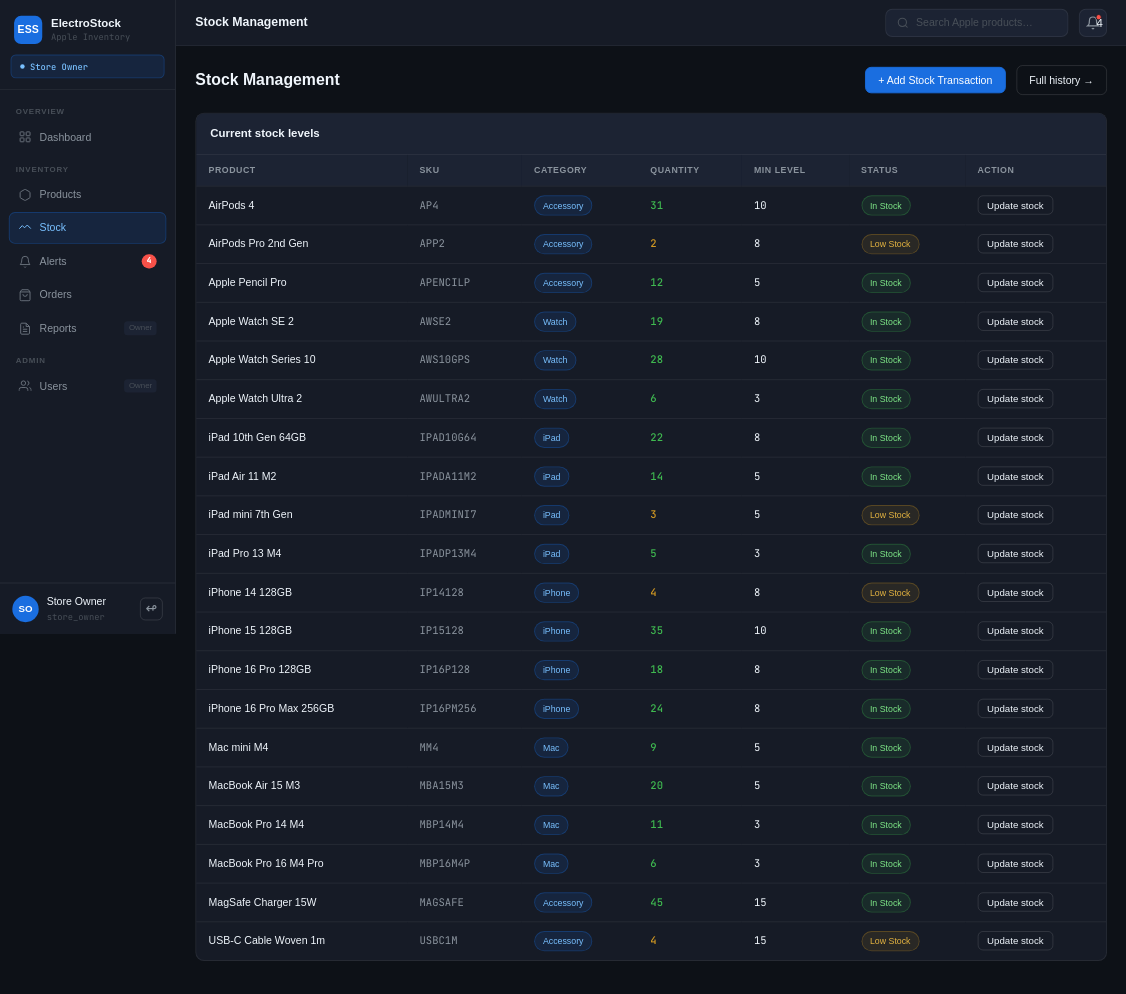
Repository: aayushaabsnss-web/ElectroStock-Solutions
Page: http://localhost/ESS/stock/index.php
These files come from the project's save history. The page is drawn as it stood at one moment and after a run of saves; the edit follows.
The browser window is 1280 px wide. The pictures show the whole page, at 88% of full size.
Some web fonts or font styles are not loaded; a fallback is used. The page is run by PHP 8.4 with error messages shown; the project is at /var/www/html/. The session is filled in as if someone had signed in: {"uid": 1, "name": "Store Owner", "role": "store_owner"}. Other server files are loaded and not shown. The database holds what the project's SQL file puts in it.

Above is the page before, as saved 2026-05-12 19:40:49.

### stock/index.php
<?php
/**
 * stock/index.php — Stock Management (Presentation Layer)
 * Shows all products with their current stock levels.
 * The "Add Stock" form is hidden by default and appears on button click.
 */
$t = "Stock Management"; $a = "stock";
require_once "../includes/header.php";
require_once "../classes/Stock.php";
include  "../includes/flash.php";

$stockObj = new Stock($conn);

// Handle stock transaction POST
if($_SERVER["REQUEST_METHOD"]==="POST"){
    $errors = $stockObj->validate($_POST, isOwner());
    if(!$errors){
        [$ok, $err, $newQty] = $stockObj->addMovement(
            (int)$_POST["product_id"],
            $_POST["type"],
            (int)$_POST["quantity"],
            $_SESSION["uid"],
            trim($_POST["notes"] ?? "")
        );
        if($ok) flash("success","Stock updated. New quantity: $newQty units.");
        else    flash("error", $err);
    } else {
        flash("error", implode(" ", $errors));
    }
    header("Location: index.php"); exit;
}

// Fetch all products with their stock info
$products = mysqli_query($conn,
    "SELECT id, name, sku, category, quantity, min_qty,
            CASE
              WHEN quantity = 0          THEN 'Out of Stock'
              WHEN quantity <= min_qty   THEN 'Low Stock'
              ELSE                            'In Stock'
            END AS stock_status
     FROM products
     WHERE is_active = 1
     ORDER BY name");

// Product list for the form dropdown
$prodList = $stockObj->getProductList();
?>

<div class="page-hdr">
  <h1>Stock Management</h1>
  <button class="btn btn-primary" onclick="toggleForm()">+ Add Stock Transaction</button>
  <a href="search.php" class="btn btn-outline">Full history &rarr;</a>
</div>

<!-- Add Stock Form (hidden by default) -->
<div id="stock-form-wrap" style="display:none;margin-bottom:16px">
  <div class="card">
    <div class="card-hdr">
      <span class="card-title">Record stock transaction</span>
      <button class="btn btn-outline btn-sm" onclick="toggleForm()">&#10005; Close</button>
    </div>
    <div class="card-body">
    <form method="POST">
      <div class="form3">
        <div class="fg">
          <label>Product *</label>
          <select name="product_id" id="product_id" class="fc" required>
            <option value="">Select product...</option>
            <?php
            $tmp = [];
            while($p = mysqli_fetch_assoc($prodList)) $tmp[] = $p;
            foreach($tmp as $p): ?>
            <option value="<?= $p["id"] ?>"><?= h($p["name"]) ?> (<?= $p["quantity"] ?> in stock)</option>
            <?php endforeach; ?>
          </select>
        </div>
        <div class="fg">
          <label>Transaction type *</label>
          <select name="type" class="fc" required>
            <option value="IN">IN — Delivery received</option>
            <option value="OUT">OUT — Item sold / removed</option>
            <?php if(isOwner()): ?>
            <option value="ADJUSTMENT">ADJUSTMENT — Manual correction</option>
            <?php endif; ?>
          </select>
        </div>
        <div class="fg">
          <label>Quantity *</label>
          <input type="number" name="quantity" min="1" class="fc" placeholder="0" required>
        </div>
      </div>
      <div class="fg">
        <label>Notes (optional)</label>
        <input type="text" name="notes" class="fc" placeholder="e.g. Delivery batch #42, Store sale">
      </div>
      <div style="display:flex;gap:10px;justify-content:flex-end">
        <button type="button" class="btn btn-outline" onclick="toggleForm()">Cancel</button>
        <button type="submit" class="btn btn-primary">Log transaction &rarr;</button>
      </div>
    </form>
    </div>
  </div>
</div>

<!-- Product Stock Table -->
<div class="card">
  <div class="card-hdr"><span class="card-title">Current stock levels</span></div>
  <table class="tbl">
    <thead>
      <tr>
        <th>Product</th>
        <th>SKU</th>
        <th>Category</th>
        <th>Quantity</th>
        <th>Min level</th>
        <th>Status</th>
        <th>Action</th>
      </tr>
    </thead>
    <tbody>
    <?php $e=true; while($p=mysqli_fetch_assoc($products)): $e=false;
      $bl=["In Stock"=>"b-green","Low Stock"=>"b-amber","Out of Stock"=>"b-red"];
      $ql=["In Stock"=>"c-green","Low Stock"=>"c-amber","Out of Stock"=>"c-red"];
    ?>
    <tr>
      <td class="fw"><?= h($p["name"]) ?></td>
      <td class="mono muted"><?= h($p["sku"]) ?></td>
      <td><span class="badge b-blue"><?= h($p["category"]) ?></span></td>
      <td class="mono fw <?= $ql[$p["stock_status"]] ?>"><?= $p["quantity"] ?></td>
      <td class="mono"><?= $p["min_qty"] ?></td>
      <td><span class="badge <?= $bl[$p["stock_status"]] ?>"><?= $p["stock_status"] ?></span></td>
      <td>
        <button class="btn btn-outline btn-sm"
          onclick="openForm(<?= $p['id'] ?>)">
          Update stock
        </button>
      </td>
    </tr>
    <?php endwhile; if($e): ?>
    <tr><td colspan="7" style="text-align:center;padding:30px;color:var(--t3)">No products found.</td></tr>
    <?php endif; ?>
    </tbody>
  </table>
</div>

<script>
// Show/hide the stock form
function toggleForm() {
  const wrap = document.getElementById("stock-form-wrap");
  wrap.style.display = wrap.style.display === "none" ? "block" : "none";
  if(wrap.style.display === "block") wrap.scrollIntoView({ behavior:"smooth" });
}

// Open form and pre-select a specific product
function openForm(productId) {
  const wrap = document.getElementById("stock-form-wrap");
  wrap.style.display = "block";
  document.getElementById("product_id").value = productId;
  wrap.scrollIntoView({ behavior:"smooth" });
}
</script>
<?php require_once "../includes/footer.php"; ?>

### includes/header.php
<?php
// $t = page title, $a = active nav key
require_once __DIR__.'/../config/db.php';
require_once __DIR__.'/../auth/session.php';
requireLogin();
$_ac = alertCount($conn);
?><!DOCTYPE html>
<html lang="en">
<head>
<meta charset="UTF-8"><meta name="viewport" content="width=device-width,initial-scale=1">
<title><?= h($t??'Dashboard') ?> — ElectroStock Solutions</title>
<link rel="stylesheet" href="<?= BASE ?>assets/style.css">
</head>
<body>
<?php include __DIR__.'/sidebar.php'; ?>
<header class="topbar">
  <span class="tb-title"><?= h($t??'Dashboard') ?></span>
  <form class="tb-search" action="<?= BASE ?>products/search.php" method="GET">
    <svg width="14" height="14" viewBox="0 0 24 24" fill="none" stroke="currentColor" stroke-width="2"><circle cx="11" cy="11" r="8"/><path d="M21 21l-4.35-4.35"/></svg>
    <input type="text" name="q" placeholder="Search Apple products…" value="<?= h($_GET['q']??'') ?>">
  </form>
  <a href="<?= BASE ?>monitoring/index.php" class="tb-bell" title="Alerts">
    <svg width="16" height="16" viewBox="0 0 24 24" fill="none" stroke="currentColor" stroke-width="2"><path d="M18 8A6 6 0 006 8c0 7-3 9-3 9h18s-3-2-3-9"/><path d="M13.73 21a2 2 0 01-3.46 0"/></svg>
    <?php if($_ac>0): ?><span class="tb-badge"><?= $_ac ?></span><?php endif; ?>
  </a>
</header>
<main class="main"><div class="content">

### config/db.php
<?php
/**
 * config/db.php
 * Database configuration and connection file.
 * Change DB_USER, DB_PASS and BASE to match your server.
 */

// Database credentials — update these for your environment
define('DB_HOST', 'localhost');
define('DB_USER', 'root');      // Your MySQL username
define('DB_PASS', '');          // Your MySQL password
define('DB_NAME', 'inventory_db');

// Base URL — must match your folder name in htdocs
// e.g. if folder is 'ElectroStock-Solutions' use '/ElectroStock-Solutions/'
define('BASE', '/ESS/');

// Establish the database connection
$conn = mysqli_connect(DB_HOST, DB_USER, DB_PASS, DB_NAME);

// Show a clear error if connection fails
if (!$conn) {
    die('<div style="font-family:sans-serif;padding:30px;background:#1a1a2e;color:#ff6b6b;text-align:center">
        <h2>&#9888; Database connection failed</h2>
        <p>' . mysqli_connect_error() . '</p>
        <p style="color:#888">Edit config/db.php with your MySQL credentials.</p>
    </div>');
}

// Set character encoding to support all Unicode characters
mysqli_set_charset($conn, 'utf8mb4');

### auth/session.php
<?php
if (session_status() === PHP_SESSION_NONE) session_start();

function loggedIn()  { return !empty($_SESSION['uid']); }
function isOwner()   { return loggedIn() && $_SESSION['role'] === 'store_owner'; }

function requireLogin() {
    if (!loggedIn()) { header('Location: ' . BASE . 'auth/login.php'); exit; }
}
function requireOwner() {
    requireLogin();
    if (!isOwner()) { flash('error','Access denied — Store Owner only.'); header('Location: ' . BASE . 'dashboard/index.php'); exit; }
}
function flash($type, $msg) { $_SESSION['flash'][$type] = $msg; }
function getFlash($type) {
    $m = $_SESSION['flash'][$type] ?? '';
    unset($_SESSION['flash'][$type]);
    return $m;
}
function h($s) { return htmlspecialchars((string)$s, ENT_QUOTES, 'UTF-8'); }
function initials() {
    $parts = array_filter(explode(' ', $_SESSION['name'] ?? ''));
    return strtoupper(implode('', array_map(fn($p) => $p[0], array_slice($parts, 0, 2))));
}
function alertCount($conn) {
    $r = mysqli_query($conn,"SELECT COUNT(*) c FROM monitoring WHERE alert_status='active'");
    return (int)(mysqli_fetch_assoc($r)['c'] ?? 0);
}

### includes/flash.php
<?php
foreach(['success'=>'alert-success','error'=>'alert-danger','warning'=>'alert-warning'] as $k=>$cls):
  if($m=getFlash($k)): ?><div class="alert <?= $cls ?>"><?= h($m) ?></div><?php
  endif;
endforeach;

### includes/footer.php
</div></main>
<script src="<?= BASE ?>assets/js/main.js"></script>
</body></html>

### database/inventory_db.sql (the tables this page reads)
CREATE TABLE monitoring (
  id           INT AUTO_INCREMENT PRIMARY KEY,
  product_id   INT  NOT NULL UNIQUE,
  threshold    INT  NOT NULL DEFAULT 5,
  alert_status ENUM('active','resolved') NOT NULL DEFAULT 'active',
  alerted_at   TIMESTAMP DEFAULT CURRENT_TIMESTAMP,
  resolved_at  TIMESTAMP NULL,
  resolved_by  INT,
  FOREIGN KEY (product_id)  REFERENCES products(id) ON DELETE CASCADE,
  FOREIGN KEY (resolved_by) REFERENCES users(id)    ON DELETE SET NULL
);

INSERT INTO monitoring (product_id,threshold,alert_status) VALUES
(4, 8, 'active'),
(12,5, 'active'),
(16,8, 'active'),
(20,15,'active');

CREATE TABLE products (
  id          INT AUTO_INCREMENT PRIMARY KEY,
  name        VARCHAR(150) NOT NULL UNIQUE,
  sku         VARCHAR(40)  NOT NULL UNIQUE,
  category    ENUM('iPhone','Mac','iPad','Watch','Accessory') NOT NULL,
  description TEXT,
  price       DECIMAL(10,2) NOT NULL,
  quantity    INT           NOT NULL DEFAULT 0,
  min_qty     INT           NOT NULL DEFAULT 5,
  supplier    VARCHAR(100)  DEFAULT 'Apple Inc.',
  is_active   TINYINT(1)   NOT NULL DEFAULT 1,
  added_by    INT,
  created_at  TIMESTAMP    DEFAULT CURRENT_TIMESTAMP,
  updated_at  TIMESTAMP    DEFAULT CURRENT_TIMESTAMP ON UPDATE CURRENT_TIMESTAMP,
  FOREIGN KEY (added_by) REFERENCES users(id) ON DELETE SET NULL
);

INSERT INTO products (name,sku,category,description,price,quantity,min_qty,supplier,added_by) VALUES
('iPhone 16 Pro Max 256GB','IP16PM256','iPhone','Latest flagship with A18 Pro chip and titanium design',               1199.00,24, 8,'Apple Inc.',1),
('iPhone 16 Pro 128GB',    'IP16P128', 'iPhone','Pro performance with 48MP camera system and A18 Pro chip',            999.00,18, 8,'Apple Inc.',1),
('iPhone 15 128GB',        'IP15128',  'iPhone','Dynamic Island and USB-C connectivity',                               799.00,35,10,'Apple Inc.',1),
('iPhone 14 128GB',        'IP14128',  'iPhone','Crash Detection and Emergency SOS via satellite',                     699.00, 4, 8,'Apple Inc.',1),
('MacBook Pro 16 M4 Pro',  'MBP16M4P', 'Mac',   'Powerhouse laptop with M4 Pro chip and 24GB RAM',                  2499.00, 6, 3,'Apple Inc.',1),
('MacBook Pro 14 M4',      'MBP14M4',  'Mac',   '14-inch MacBook Pro with M4 chip, all-day battery',                1999.00,11, 3,'Apple Inc.',1),
('MacBook Air 15 M3',      'MBA15M3',  'Mac',   'Thin and light 15-inch with M3 chip',                              1299.00,20, 5,'Apple Inc.',1),
('Mac mini M4',            'MM4',      'Mac',   'Compact desktop Mac with M4 chip',                                   599.00, 9, 5,'Apple Inc.',1),
('iPad Pro 13 M4',         'IPADP13M4','iPad',  'Most advanced iPad with M4 chip and Ultra Retina XDR display',      1299.00, 5, 3,'Apple Inc.',1),
('iPad Air 11 M2',         'IPADA11M2','iPad',  'Versatile 11-inch iPad Air with M2 chip',                            749.00,14, 5,'Apple Inc.',1),
('iPad 10th Gen 64GB',     'IPAD10G64','iPad',  'Colorful redesigned iPad with USB-C',                                449.00,22, 8,'Apple Inc.',1),
('iPad mini 7th Gen',      'IPADMINI7','iPad',  'Portable 8.3-inch iPad mini with A17 Pro chip',                      499.00, 3, 5,'Apple Inc.',1),
('Apple Watch Series 10',  'AWS10GPS', 'Watch', 'Thinnest Apple Watch with larger display and faster charging',        399.00,28,10,'Apple Inc.',1),
('Apple Watch Ultra 2',    'AWULTRA2', 'Watch', 'Ultimate sports watch with precision dual-frequency GPS',             799.00, 6, 3,'Apple Inc.',1),
('Apple Watch SE 2',       'AWSE2',    'Watch', 'Essential smartwatch at an affordable price',                         249.00,19, 8,'Apple Inc.',1),
('AirPods Pro 2nd Gen',    'APP2',     'Accessory','Active Noise Cancellation with Adaptive Audio',                    249.00, 2, 8,'Apple Inc.',1),
('AirPods 4',              'AP4',      'Accessory','Redesigned AirPods with ANC and H2 chip',                         129.00,31,10,'Apple Inc.',1),
('Apple Pencil Pro',       'APENCILP', 'Accessory','Advanced Pencil with barrel roll and squeeze gesture',             129.00,12, 5,'Apple Inc.',1),
('MagSafe Charger 15W',    'MAGSAFE',  'Accessory','Wireless MagSafe charger up to 15W for iPhone 12 and later',       39.00,45,15,'Apple Inc.',1),
('USB-C Cable Woven 1m',   'USBC1M',   'Accessory','Braided USB-C cable supporting up to 240W charging',               29.00, 4,15,'Apple Inc.',1);

Loaded but not shown: assets/js/main.js (29 lines, source omitted); assets/style.css (139 lines, source omitted); classes/Stock.php (109 lines, source omitted); includes/sidebar.php (60 lines, source omitted)

After the next 2 saves:
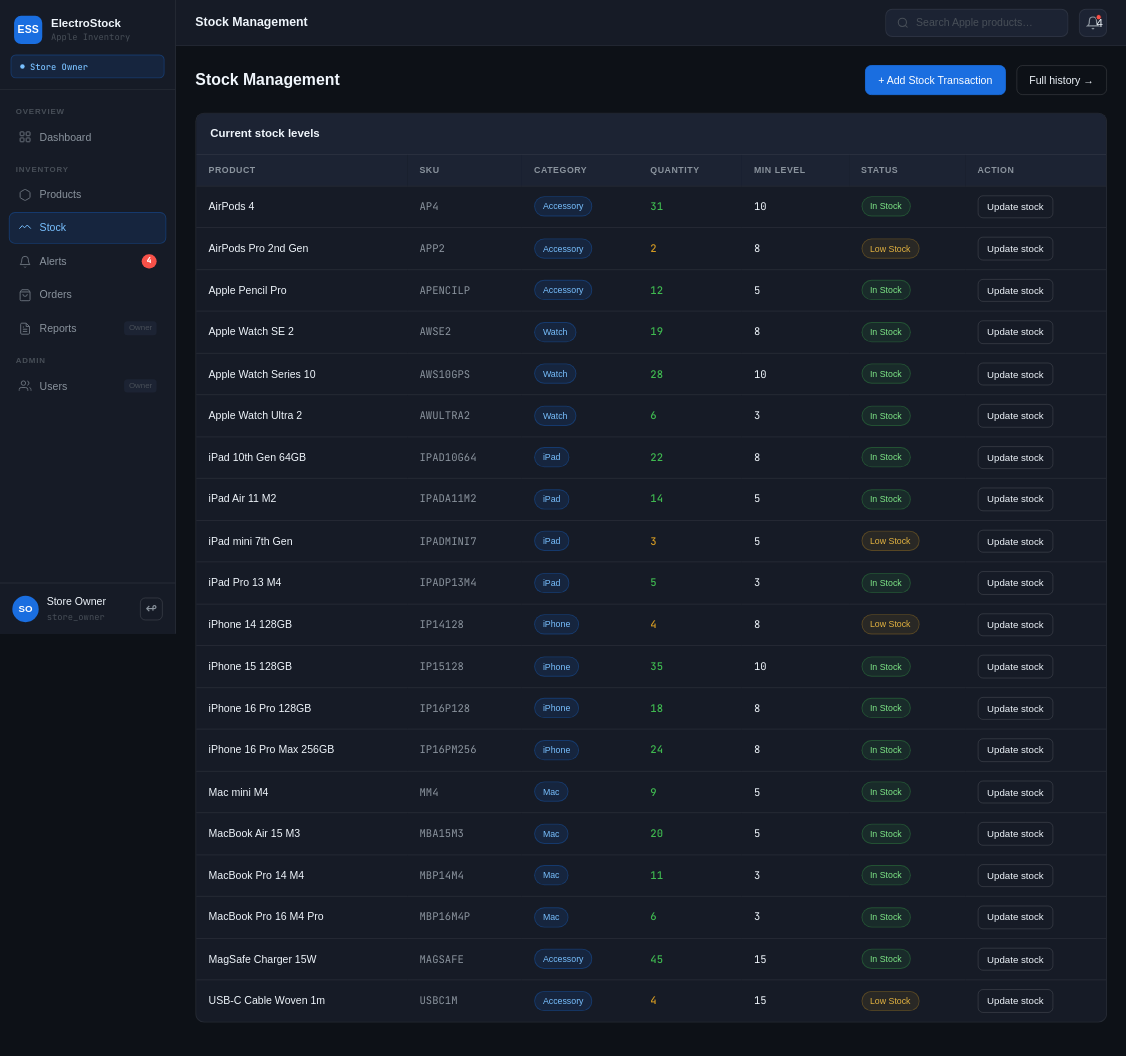
The 2 saves are shown as one change because they came seconds apart.
The last was saved 5 min 51 s later.
--- a/stock/index.php
+++ b/stock/index.php
@@ -1,108 +1,30 @@
 <?php
 /**
- * stock/index.php — Stock Management (Presentation Layer)
+ * stock/index.php — Stock Levels (Presentation Layer)
  * Shows all products with their current stock levels.
- * The "Add Stock" form is hidden by default and appears on button click.
+ * Click "Update stock" on any row to go to the stock update form.
  */
 $t = "Stock Management"; $a = "stock";
 require_once "../includes/header.php";
-require_once "../classes/Stock.php";
 include  "../includes/flash.php";
 
-$stockObj = new Stock($conn);
-
-// Handle stock transaction POST
-if($_SERVER["REQUEST_METHOD"]==="POST"){
-    $errors = $stockObj->validate($_POST, isOwner());
-    if(!$errors){
-        [$ok, $err, $newQty] = $stockObj->addMovement(
-            (int)$_POST["product_id"],
-            $_POST["type"],
-            (int)$_POST["quantity"],
-            $_SESSION["uid"],
-            trim($_POST["notes"] ?? "")
-        );
-        if($ok) flash("success","Stock updated. New quantity: $newQty units.");
-        else    flash("error", $err);
-    } else {
-        flash("error", implode(" ", $errors));
-    }
-    header("Location: index.php"); exit;
-}
-
-// Fetch all products with their stock info
+// Fetch all products with stock info
 $products = mysqli_query($conn,
     "SELECT id, name, sku, category, quantity, min_qty,
             CASE
-              WHEN quantity = 0          THEN 'Out of Stock'
-              WHEN quantity <= min_qty   THEN 'Low Stock'
-              ELSE                            'In Stock'
+              WHEN quantity = 0        THEN 'Out of Stock'
+              WHEN quantity <= min_qty THEN 'Low Stock'
+              ELSE                          'In Stock'
             END AS stock_status
      FROM products
      WHERE is_active = 1
      ORDER BY name");
-
-// Product list for the form dropdown
-$prodList = $stockObj->getProductList();
 ?>
-
 <div class="page-hdr">
   <h1>Stock Management</h1>
-  <button class="btn btn-primary" onclick="toggleForm()">+ Add Stock Transaction</button>
+  <a href="add.php" class="btn btn-primary">+ Add Stock Transaction</a>
   <a href="search.php" class="btn btn-outline">Full history &rarr;</a>
 </div>
-
-<!-- Add Stock Form (hidden by default) -->
-<div id="stock-form-wrap" style="display:none;margin-bottom:16px">
-  <div class="card">
-    <div class="card-hdr">
-      <span class="card-title">Record stock transaction</span>
-      <button class="btn btn-outline btn-sm" onclick="toggleForm()">&#10005; Close</button>
-    </div>
-    <div class="card-body">
-    <form method="POST">
-      <div class="form3">
-        <div class="fg">
-          <label>Product *</label>
-          <select name="product_id" id="product_id" class="fc" required>
-            <option value="">Select product...</option>
-            <?php
-            $tmp = [];
-            while($p = mysqli_fetch_assoc($prodList)) $tmp[] = $p;
-            foreach($tmp as $p): ?>
-            <option value="<?= $p["id"] ?>"><?= h($p["name"]) ?> (<?= $p["quantity"] ?> in stock)</option>
-            <?php endforeach; ?>
-          </select>
-        </div>
-        <div class="fg">
-          <label>Transaction type *</label>
-          <select name="type" class="fc" required>
-            <option value="IN">IN — Delivery received</option>
-            <option value="OUT">OUT — Item sold / removed</option>
-            <?php if(isOwner()): ?>
-            <option value="ADJUSTMENT">ADJUSTMENT — Manual correction</option>
-            <?php endif; ?>
-          </select>
-        </div>
-        <div class="fg">
-          <label>Quantity *</label>
-          <input type="number" name="quantity" min="1" class="fc" placeholder="0" required>
-        </div>
-      </div>
-      <div class="fg">
-        <label>Notes (optional)</label>
-        <input type="text" name="notes" class="fc" placeholder="e.g. Delivery batch #42, Store sale">
-      </div>
-      <div style="display:flex;gap:10px;justify-content:flex-end">
-        <button type="button" class="btn btn-outline" onclick="toggleForm()">Cancel</button>
-        <button type="submit" class="btn btn-primary">Log transaction &rarr;</button>
-      </div>
-    </form>
-    </div>
-  </div>
-</div>
-
-<!-- Product Stock Table -->
 <div class="card">
   <div class="card-hdr"><span class="card-title">Current stock levels</span></div>
   <table class="tbl">
@@ -130,10 +52,7 @@
       <td class="mono"><?= $p["min_qty"] ?></td>
       <td><span class="badge <?= $bl[$p["stock_status"]] ?>"><?= $p["stock_status"] ?></span></td>
       <td>
-        <button class="btn btn-outline btn-sm"
-          onclick="openForm(<?= $p['id'] ?>)">
-          Update stock
-        </button>
+        <a href="add.php?pid=<?= $p["id"] ?>" class="btn btn-outline btn-sm">Update stock</a>
       </td>
     </tr>
     <?php endwhile; if($e): ?>
@@ -142,21 +61,4 @@
     </tbody>
   </table>
 </div>
-
-<script>
-// Show/hide the stock form
-function toggleForm() {
-  const wrap = document.getElementById("stock-form-wrap");
-  wrap.style.display = wrap.style.display === "none" ? "block" : "none";
-  if(wrap.style.display === "block") wrap.scrollIntoView({ behavior:"smooth" });
-}
-
-// Open form and pre-select a specific product
-function openForm(productId) {
-  const wrap = document.getElementById("stock-form-wrap");
-  wrap.style.display = "block";
-  document.getElementById("product_id").value = productId;
-  wrap.scrollIntoView({ behavior:"smooth" });
-}
-</script>
 <?php require_once "../includes/footer.php"; ?>
